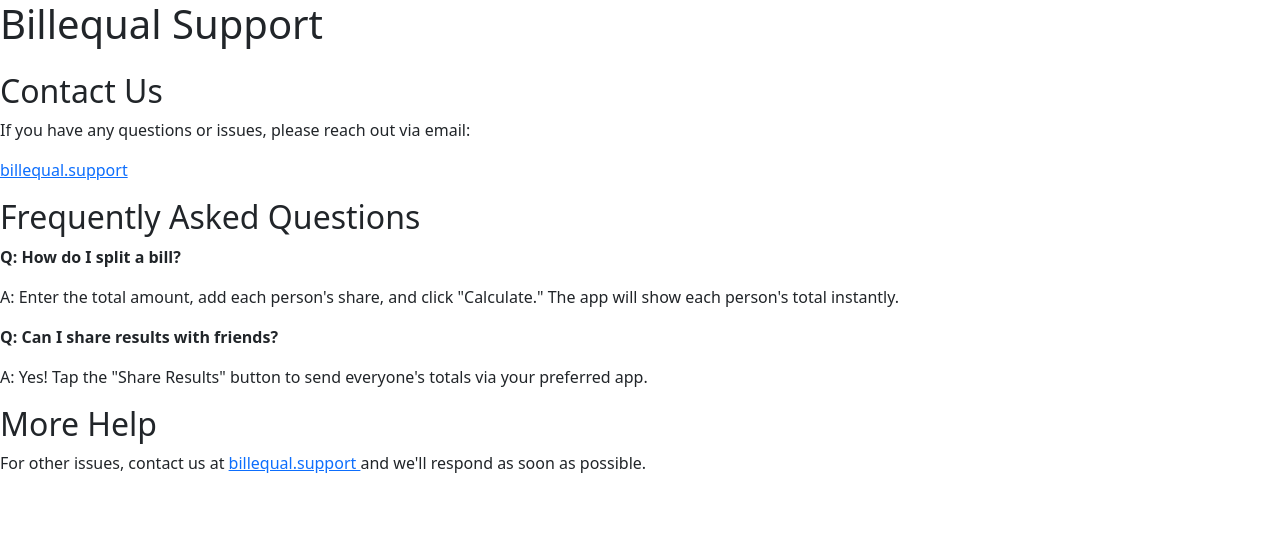
Repository: lyutok/iOS
Page: Billequal_landpage/support.html
An editor plug-in stored every save of this project. The page is shown before and after the next save, followed by the edit.
The browser window is 1280 px wide. The pictures show the whole page.

Above is the page before, as saved 2026-01-15 11:12:18.

### Billequal_landpage/support.html
<!DOCTYPE html>
<html lang="en">
<head>
  <meta charset="UTF-8">
  <meta name="viewport" content="width=device-width, initial-scale=1.0">
  <title>Billequal Support</title>
  <link
    href="https://cdn.jsdelivr.net/npm/bootstrap@5.2.3/dist/css/bootstrap.min.css"
    rel="stylesheet"
    integrity="sha384-rbsA2VBKQhggwzxH7pPCaAqO46MgnOM80zW1RWuH61DGLwZJEdK2Kadq2F9CUG65"
    crossorigin="anonymous"/>
</head>
<body>
  <h1 class="mb-4">Billequal Support</h1>

  <section>
    <h2>Contact Us</h2>
    <p>If you have any questions or issues, please reach out via email:</p>
    <p>
        <a href="mailto:mila.liutok@gmail.com?subject=Billequal%20Support">
            billequal.support
        </a>
    </p>
  </section>

  <section>
    <h2>Frequently Asked Questions</h2>
    <p><strong>Q: How do I split a bill?</strong></p>
    <p>A: Enter the total amount, add each person&#39s share, and click &quot;Calculate.&quot; The app will show each person&#39s total instantly.</p>

    <p><strong>Q: Can I share results with friends?</strong></p>
    <p>A: Yes! Tap the &quot;Share Results&quot; button to send everyone&#39s totals via your preferred app.</p>
  </section>

  <section>
    <h2>More Help</h2>
    <p>For other issues, contact us at
        <a href="mailto:mila.liutok@gmail.com?subject=Billequal%20Support">
    billequal.support
    </a>
     and we&#39ll respond as soon as possible.</p>
  </section>
</body>
</html>

After the next save:
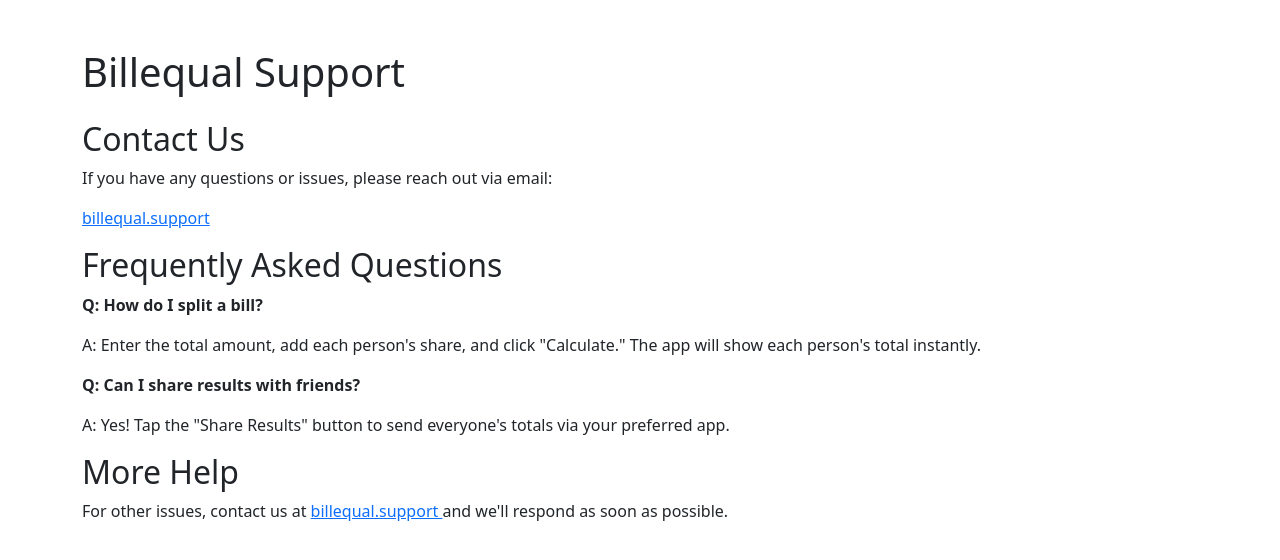
Saved 33 s later.
--- a/Billequal_landpage/support.html
+++ b/Billequal_landpage/support.html
@@ -10,7 +10,7 @@
     integrity="sha384-rbsA2VBKQhggwzxH7pPCaAqO46MgnOM80zW1RWuH61DGLwZJEdK2Kadq2F9CUG65"
     crossorigin="anonymous"/>
 </head>
-<body>
+<body class="container my-5">
   <h1 class="mb-4">Billequal Support</h1>
 
   <section>
